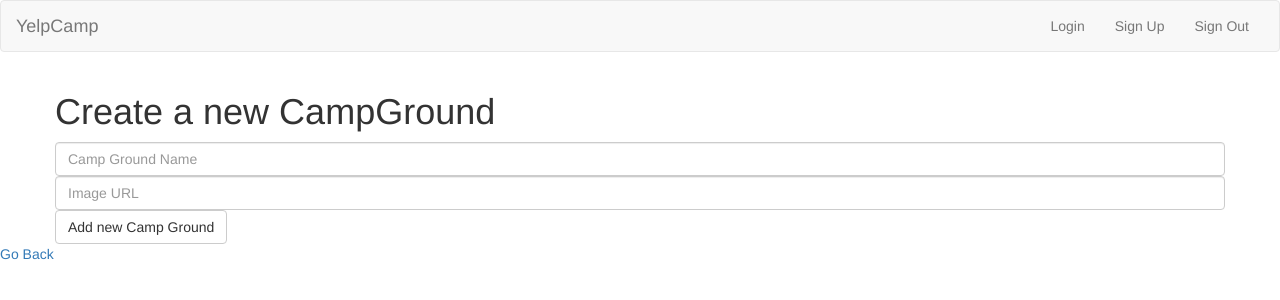
Repository: KMurphs/Tutorials
Page: YelpCamp/v1/views/newcampground.ejs
The author's editor kept a record of every edit. The page is drawn from the files as they stood at one moment, then again after the next edit.
The browser window is 1280 px wide. The pictures show the whole page.
The page is served by the project's Node server (YelpCamp/vtemplate/app.js). The template is opened directly, without the code that normally fills it, so the values that code supplies are empty.

Above is the page before.

### Web Development/Udemy - Boot Camp/Code/code/webdevebootcamp - backend/workspace/YelpCamp/v1/views/newcampground.ejs
<% include partials/header %>



<div class='container'>
	<div class='row'>
		<h1>Create a new CampGround</h1>
		<form method="POST" action="/campgrounds" >
			<input class='form-control' type="text" name="name" placeholder="Camp Ground Name">
			<input class='form-control'type="text" name="image" placeholder="Image URL">
			<button class='btn btn-large btn-default'>Add new Camp Ground</button>
		</form>
	</div>
</div>

<a href="/campgrounds">Go Back</a>
<% include partials/footer %>

### Web Development/Udemy - Boot Camp/Code/code/webdevebootcamp - backend/workspace/YelpCamp/v1/views/partials/header.ejs
<!DOCTYPE html>
<html>
<head>
	<title>The YelpCamp</title>
	<link rel="stylesheet" href="https://stackpath.bootstrapcdn.com/bootstrap/3.4.1/css/bootstrap.min.css" integrity="sha384-HSMxcRTRxnN+Bdg0JdbxYKrThecOKuH5zCYotlSAcp1+c8xmyTe9GYg1l9a69psu" crossorigin="anonymous">
</head>
<body>

<nav class="navbar navbar-default">
  <div class="container-fluid">
    <!-- Brand and toggle get grouped for better mobile display -->
    <div class="navbar-header">
      <a class="navbar-brand" href="/">YelpCamp</a>
    </div>

    <!-- Collect the nav links, forms, and other content for toggling -->
    <div class="collapse navbar-collapse" id="bs-example-navbar-collapse-1">

      <ul class="nav navbar-nav navbar-right">
        <li><a href="/">Login</a></li>
        <li><a href="/">Sign Up</a></li>
        <li><a href="/">Sign Out</a></li>
      </ul>
    </div><!-- /.navbar-collapse -->
  </div><!-- /.container-fluid -->
</nav>

### Web Development/Udemy - Boot Camp/Code/code/webdevebootcamp - backend/workspace/YelpCamp/v1/views/partials/footer.ejs
<!--<div>TradeMark YelpCamp 2019</div>-->
</body>
</html>

### Web Development/Udemy - Boot Camp/Code/code/webdevebootcamp - backend/workspace/YelpCamp/vtemplate/app.js
// Setting up the enviroment
var express = require("express");
var bodyParser = require("body-parser");
var request = require('request');
var helpDebug = true;

var app = express();
app.set('view engine', 'ejs');
app.use(express.static(__dirname + '/public'));
app.use(bodyParser.urlencoded({extended: true}));


//////////////Server Routes


//Home Page GET request route
app.get('/', function(req, res){
    if(helpDebug)console.log('A GET Request to the Home Page was just made to the server');
    res.render('home');
});


//Catch all route, default route for unhandled GET requests
app.get('*', function(req, res){
    if(helpDebug)console.log('An unhandled GET Request was just made to the server');
    res.render('default');
});



/////////////Starting the server
app.listen(process.env.PORT, process.env.IP, function(){
   console.log('YelpCamp Server has started!');
});

After the next edit:
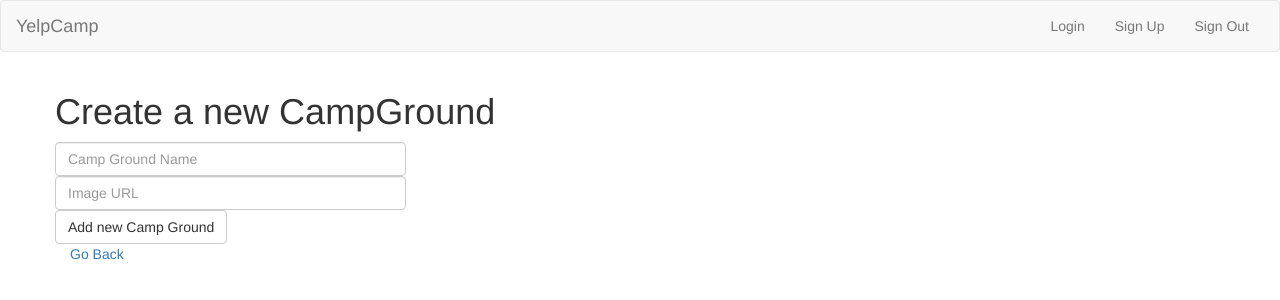
The edit:
--- a/Web Development/Udemy - Boot Camp/Code/code/webdevebootcamp - backend/workspace/YelpCamp/v1/views/newcampground.ejs
+++ b/Web Development/Udemy - Boot Camp/Code/code/webdevebootcamp - backend/workspace/YelpCamp/v1/views/newcampground.ejs
@@ -5,11 +5,12 @@
 <div class='container'>
 	<div class='row'>
 		<h1>Create a new CampGround</h1>
-		<form method="POST" action="/campgrounds" >
-			<input class='form-control' type="text" name="name" placeholder="Camp Ground Name">
-			<input class='form-control'type="text" name="image" placeholder="Image URL">
-			<button class='btn btn-large btn-default'>Add new Camp Ground</button>
-		</form>
+		<div style='width: 30%; margin 0 auto;'>
+			<form method="POST" action="/campgrounds" >
+				<input class='form-control' type="text" name="name" placeholder="Camp Ground Name">
+				<input class='form-control'type="text" name="image" placeholder="Image URL">
+				<button class='btn btn-large btn-default'>Add new Camp Ground</button>
+			</form>
 	</div>
 </div>
 
